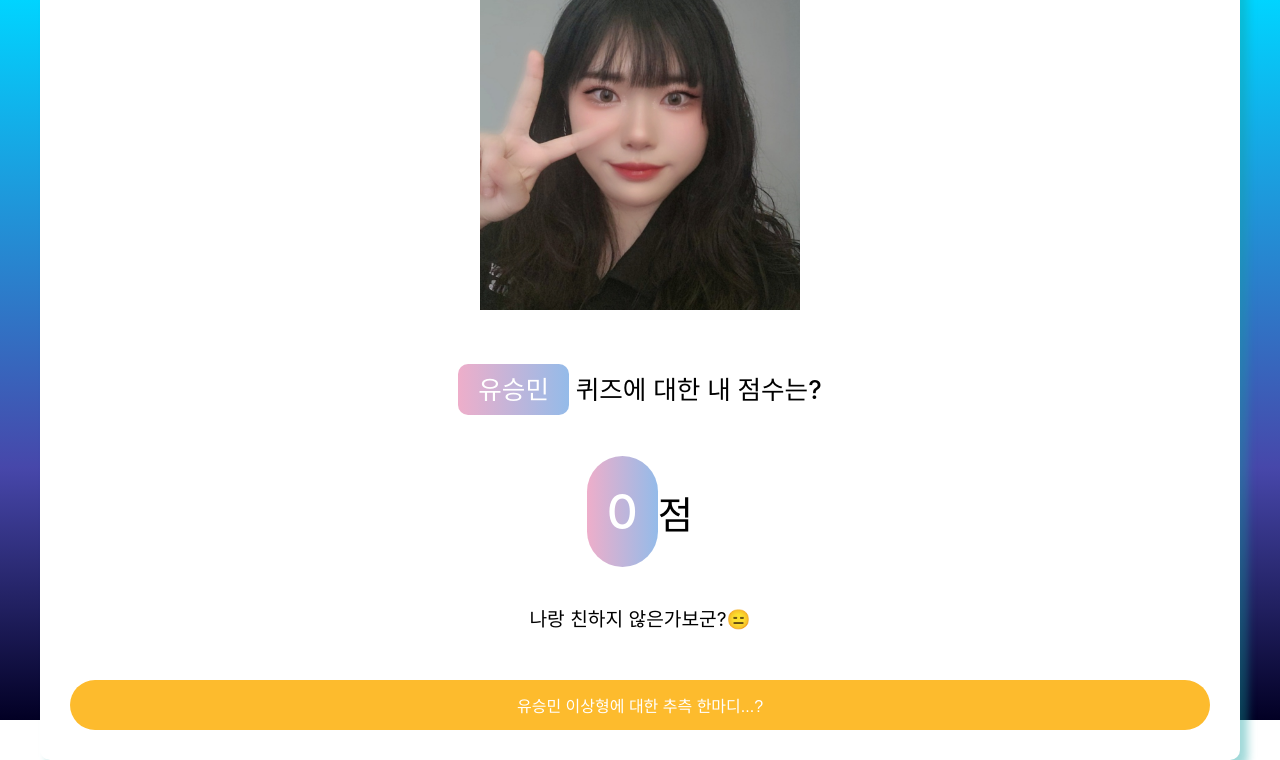
Repository: dnjfht/quiz3
Page: /score
These files come from the project's save history. The page is drawn as it stood at one moment and after the next save; the edit follows.
The browser window is 1280 px wide. The pictures show the whole page.
The project was rebuilt for these pictures with package versions that can differ from the ones it lists, and the page was loaded fresh each time. Also part of the build but not shown: src/components/Start.js, src/components/Progress.js, src/components/Quiz.js, src/components/Message.js, src/components/Ranking.js, src/components/NotPage.js.

Above is the page before, as saved 2023-04-15 23:21:12.

After the next save:
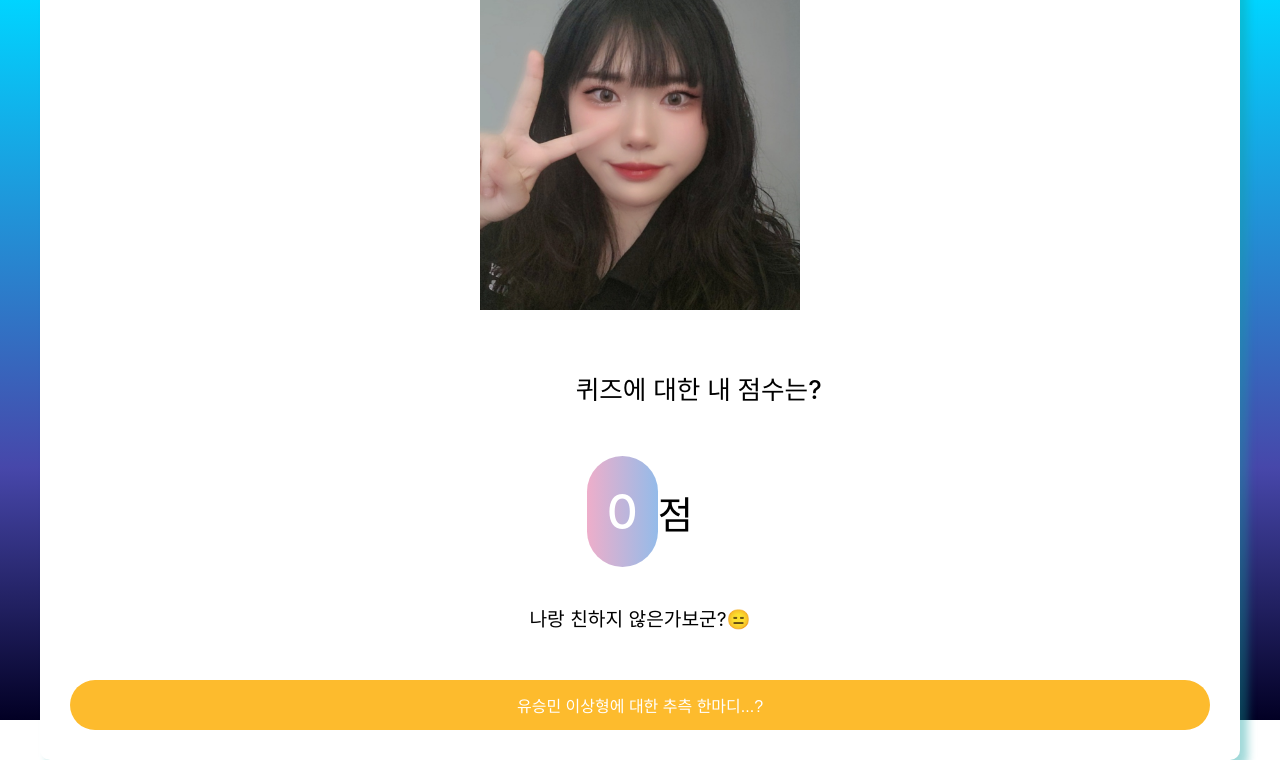
Saved 31 s later.
--- a/src/components/Score.js
+++ b/src/components/Score.js
@@ -26,12 +26,7 @@ const Title = styled.h1`
 
   & > span {
     padding: 10px 20px;
-    background: rgb(238, 174, 202);
-    background: linear-gradient(
-      90deg,
-      rgba(238, 174, 202, 1) 0%,
-      rgba(148, 187, 233, 1) 100%
-    );
+    #fff4db
     border-radius: 10px;
 
     color: white;
